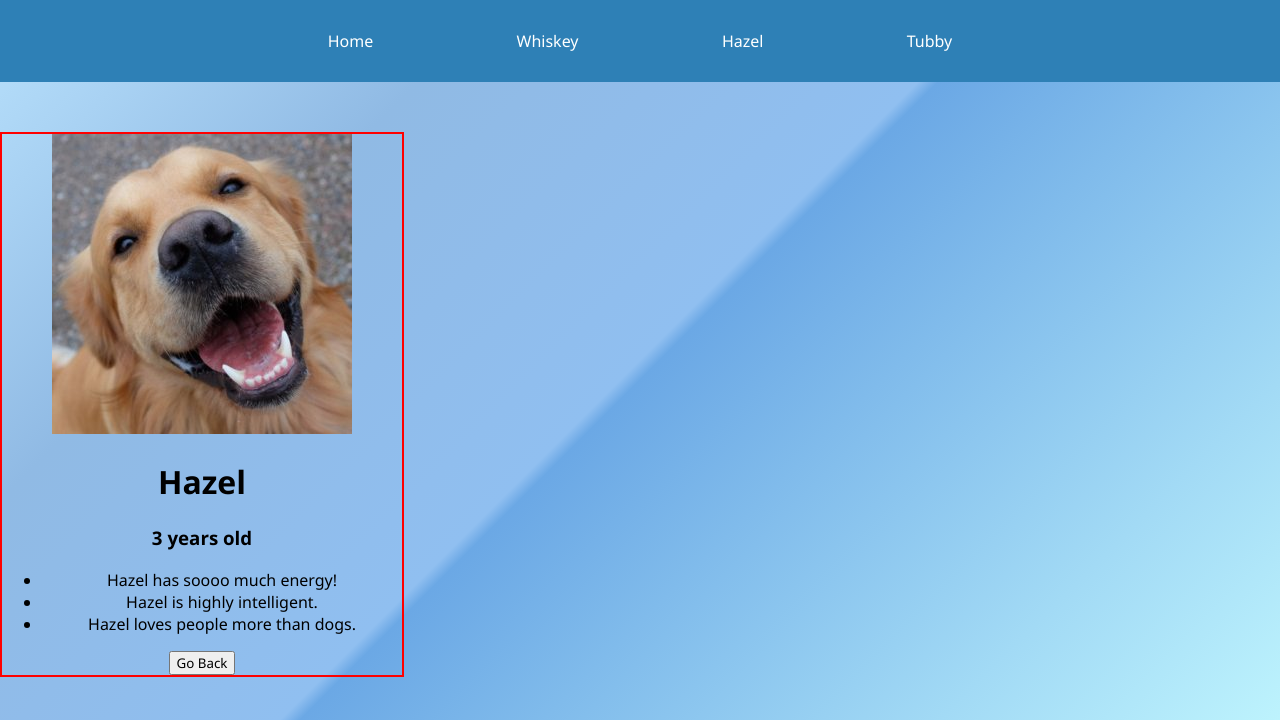
Repository: johnmutina/dog-finder
Page: /dogs/Hazel
The author's editor kept a copy of each file at every save. The page is drawn from the files as they stood at one save, then again after the next save.
The browser window is 1280 px wide. The pictures show the whole page.
The project was rebuilt for these pictures with package versions that can differ from the ones it lists, and the page was loaded fresh each time. Also part of the build but not shown: src/DogFinder.css, src/DogFinder.js.

Above is the page before, as saved 2019-07-28 15:30:14.

After the next save:
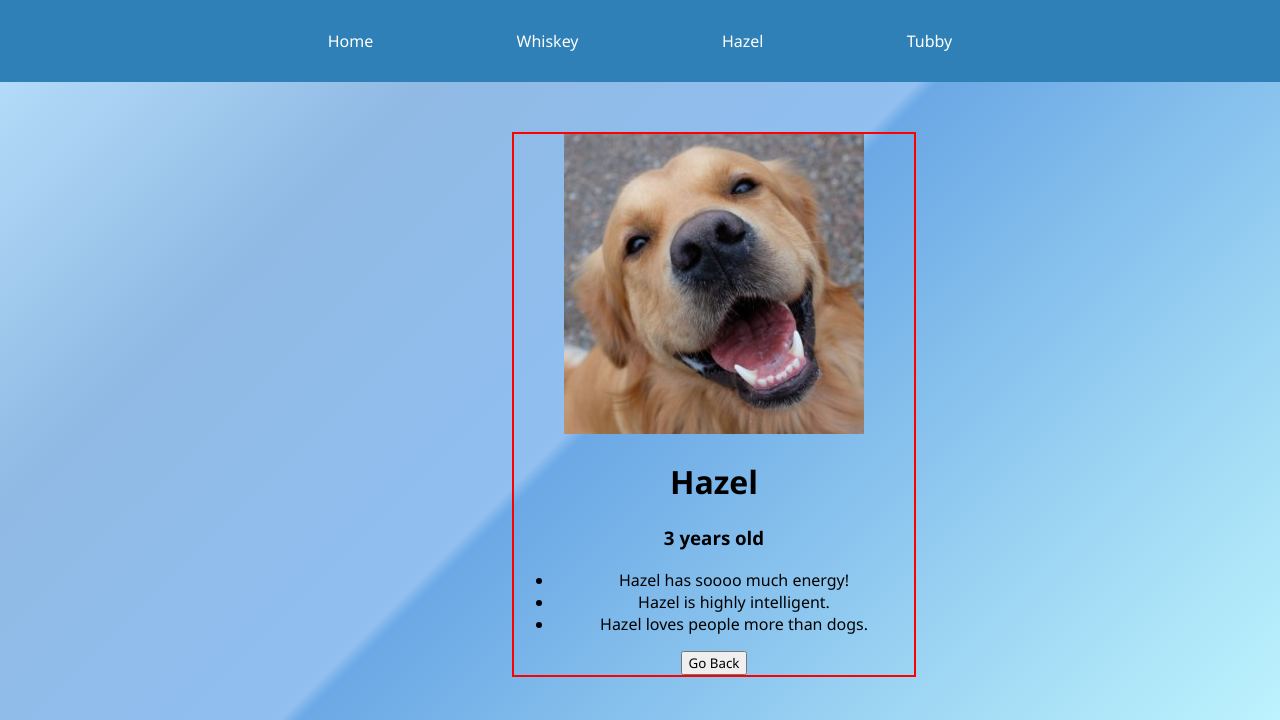
Saved 25 s later.
--- a/src/Dog.css
+++ b/src/Dog.css
@@ -1,5 +1,5 @@
 .Dog {
   border: 2px solid red;
   width: 400px;
-  margin-top: 50px;
+  margin: 50px 40% 0 40%;
 }
